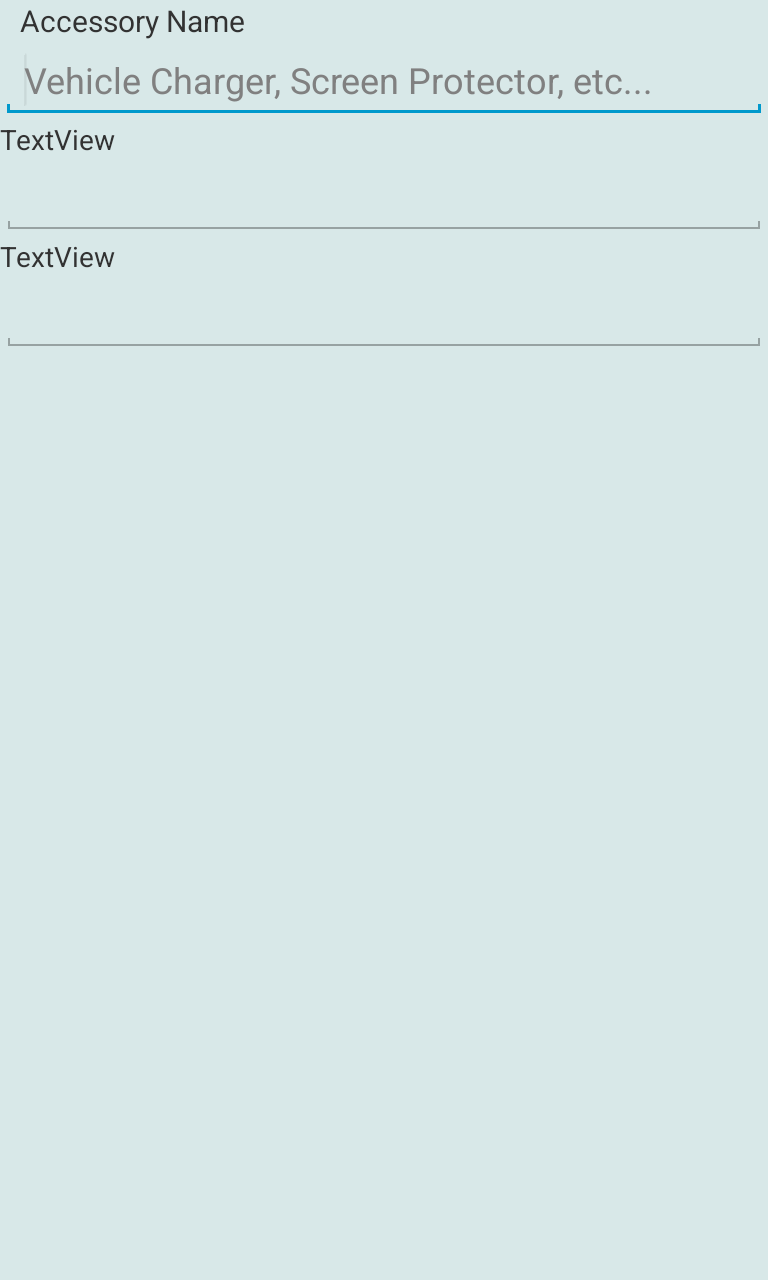
Repository: jemcphe/XCell
Layout: XCell/res/layout/frag_accessories.xml
An editor plug-in stored every save of this project. The layout is shown before and after the next save, followed by the edit.
It is drawn on a 768 x 1280 px phone screen (xhdpi) without system bars, with theme Theme.Xcell; the app's code is not run.

Above is the layout before, as saved 2013-08-16 02:34:47.

After the next save:
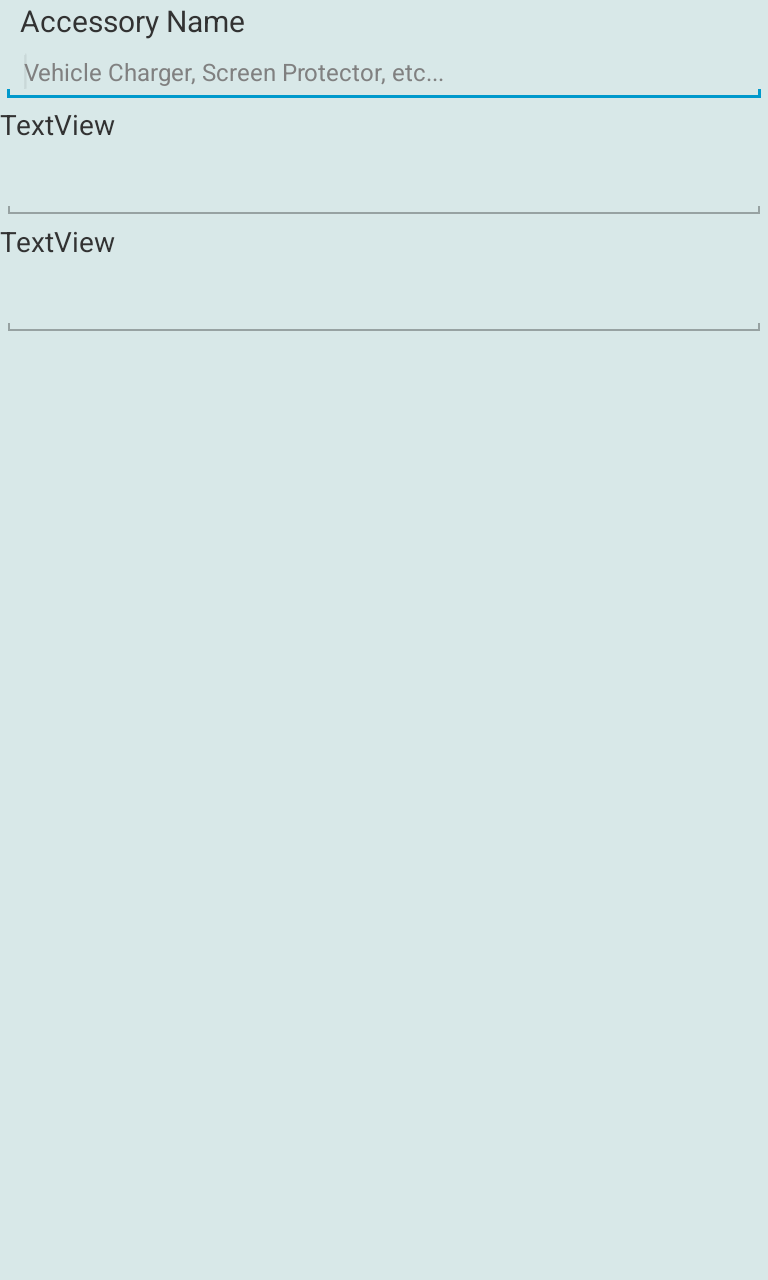
Saved 23 s later.
--- a/XCell/res/layout/frag_accessories.xml
+++ b/XCell/res/layout/frag_accessories.xml
@@ -17,7 +17,8 @@
         android:id="@+id/editText1"
         android:layout_width="match_parent"
         android:layout_height="wrap_content"
-        android:hint="Vehicle Charger, Screen Protector, etc...">
+        android:hint="Vehicle Charger, Screen Protector, etc..."
+        android:textSize="12dp">
 
         <requestFocus />
     </EditText>
